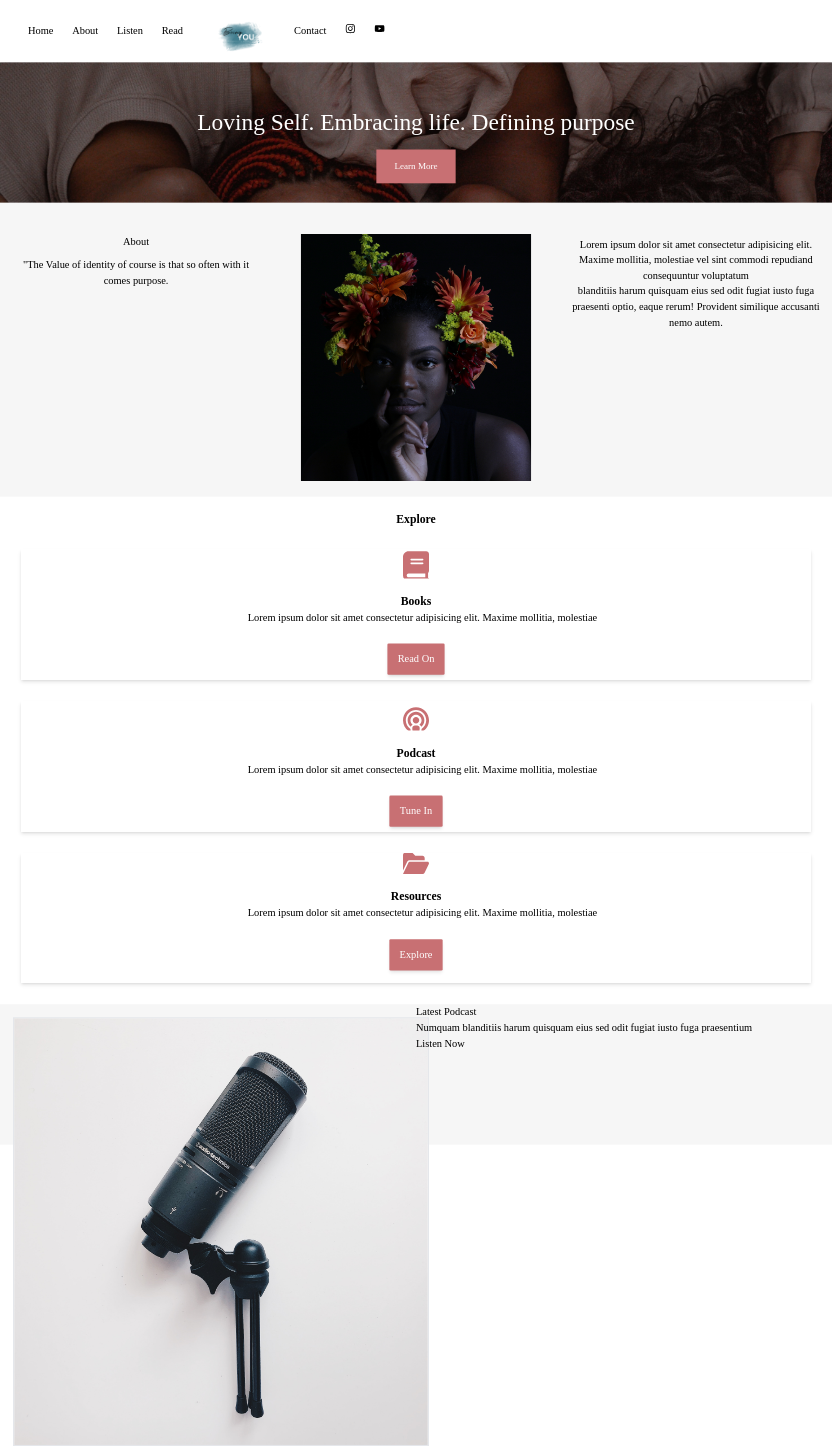
Repository: BrightonMboya/being-you
Page: /
These files come from the project's save history. The page is drawn as it stood at one moment and after the next save; the edit follows.
The browser window is 1280 px wide. The pictures show the whole page, at 65% of full size.
The project was rebuilt for these pictures with package versions that can differ from the ones it lists, and the page was loaded fresh each time.

Above is the page before, as saved 2022-05-28 17:20:47.

After the next save:
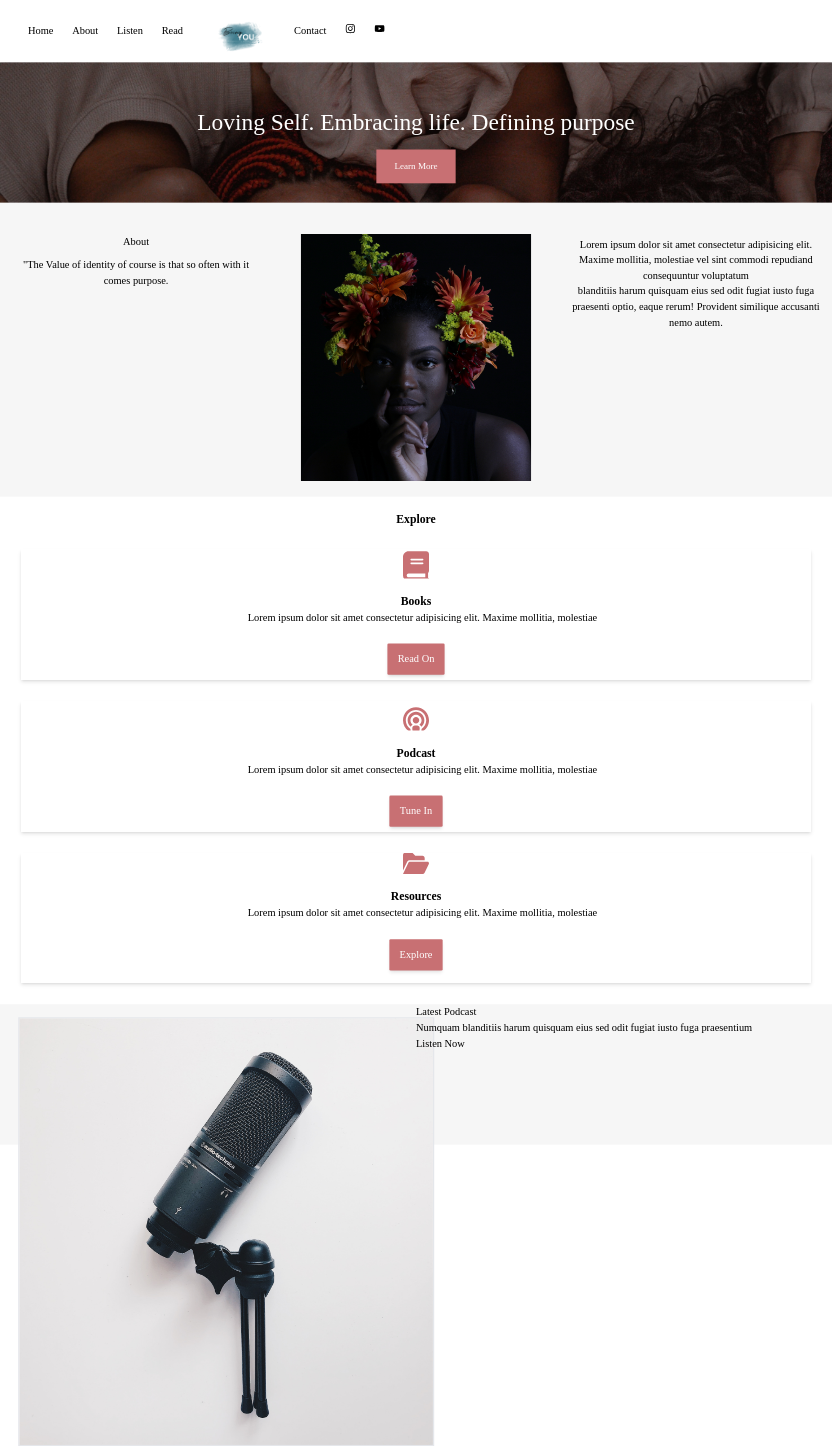
Saved 9 s later.
--- a/src/Components/Podcast/Podcast.jsx
+++ b/src/Components/Podcast/Podcast.jsx
@@ -5,7 +5,7 @@ const Podcast = () => {
   return (
     <div className="bg-[#F6F6F6] mt-8 h-[30vh]">
       <div className="grid grid-cols-2">
-        <img src={mic} alt=""  className="h-full w-25 object-cover ml-5 mt-5 border-2"/>
+        <img src={mic} alt=""  className="h-full w-25 object-cover ml-7 mt-5 border-2"/>
         <div>
           <h3>Latest Podcast</h3>
           <p>
